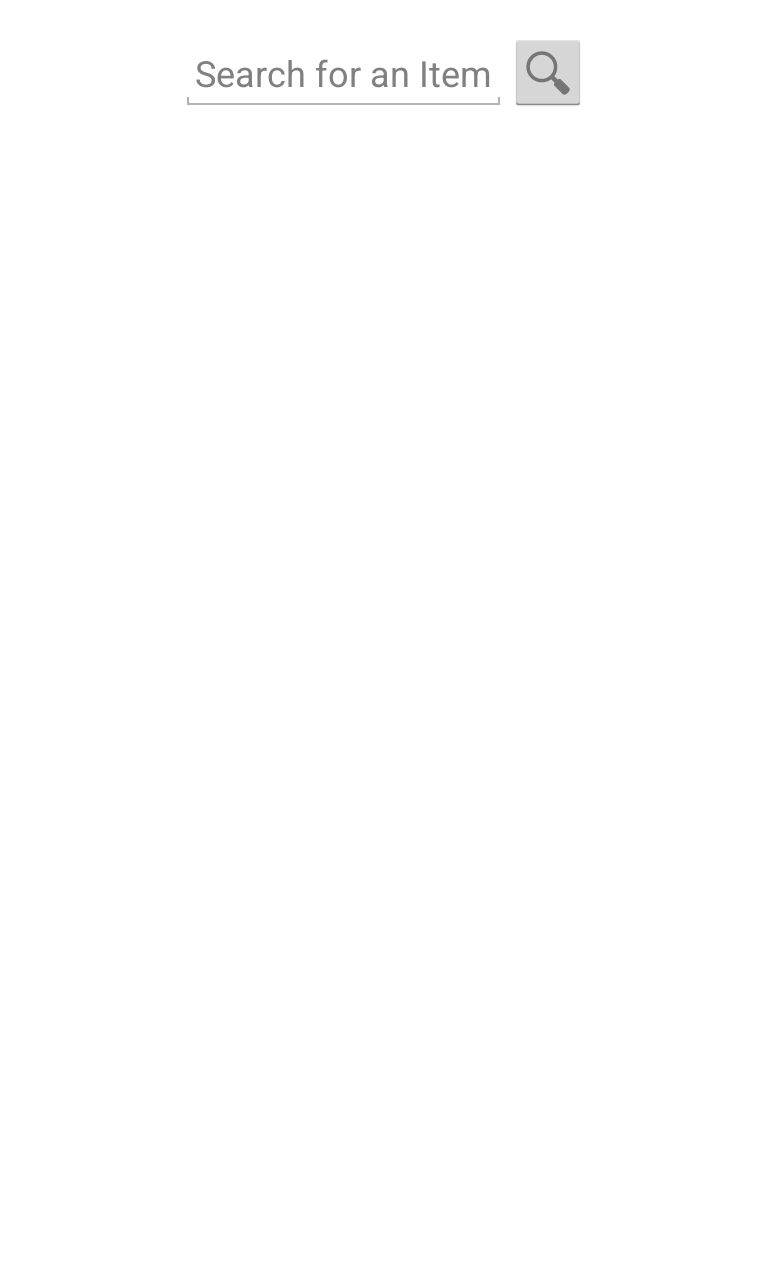
Repository: JieD/nutriy
Layout: NutriY/res/layout/fragment_add.xml
An editor plug-in stored every save of this project. The layout is shown before and after the next save, followed by the edit.
It is drawn on a 768 x 1280 px phone screen (xhdpi) without system bars, with theme AppTheme; the app's code is not run.

Above is the layout before, as saved 2014-05-15 21:35:44.

### NutriY/res/layout/fragment_add.xml
<?xml version="1.0" encoding="utf-8"?>
<LinearLayout xmlns:android="http://schemas.android.com/apk/res/android"
    android:layout_width="match_parent"
    android:layout_height="match_parent"
    android:orientation="vertical" >

    <LinearLayout
        android:layout_width="wrap_content"
        android:layout_height="wrap_content"
        android:layout_marginTop="@dimen/activity_vertical_margin"
        android:layout_marginBottom="@dimen/small_vertical_margin"
        android:layout_gravity="center_horizontal">

        <EditText
            android:id="@+id/search_item"
            android:layout_width="wrap_content"
            android:layout_height="wrap_content"
            android:layout_weight="3"
            android:hint="@string/item_hint"
            android:inputType="textAutoCorrect"
            android:padding="@dimen/medium_padding" />

        <ImageButton
            android:layout_width="40dp"
            android:layout_height="match_parent"
            android:layout_gravity="center"
            android:layout_weight="1"
            android:src="@drawable/ic_action_search" />

    </LinearLayout>

</LinearLayout>

### NutriY/res/values/colors.xml
<?xml version="1.0" encoding="utf-8"?>
<resources>
    <color name="white">#FFFFFFFF</color>
    <color name="my_green">#FF00BE00</color>
    <color name="my_red">#FFFF0000</color>
    <color name="my_blue">#FF0078BE</color>

    <color name="light_blue">#FFE1EEFF</color>
    <color name="low_light_gray">#FFFAFAFA</color>
    <color name="mid_light_gray">#FFEEEEEE</color>
    <color name="text_gray">#FFAAAAAA</color>

    <color name="empty_pie_blue">#FF8FCEFF</color>
    <color name="pie_blue">#FF0078BE</color>
    <color name="pie_red">#FFFF4444</color>
    <color name="pie_green">#FF99CC00</color>

    <color name="list_background">#FFEEEEEE</color>
    <color name="list_background_pressed">#FF0078BE</color>
</resources>

### NutriY/res/values/dimens.xml
<resources>

    <!-- Default screen margins, per the Android Design guidelines. -->
    <dimen name="activity_horizontal_margin">16dp</dimen>
    <dimen name="activity_vertical_margin">16dp</dimen>
    <dimen name="small_horizontal_margin">8dp</dimen>
    <dimen name="small_vertical_margin">8dp</dimen>

    <dimen name="small_padding">5dp</dimen>
    <dimen name="medium_padding">8dp</dimen>
    <dimen name="large_padding">10dp</dimen>
    <dimen name="extra_large_padding">12dp</dimen>
    <dimen name="navigation_item_padding">20dp</dimen>

    <dimen name="extra_small_text_size">10sp</dimen>
    <dimen name="small_text_size">12sp</dimen>
    <dimen name="medium_text_size">15sp</dimen>
    <dimen name="medium_large_text_size">18sp</dimen>
    <dimen name="large_text_size">20sp</dimen>
    <dimen name="extra_large_text_size">40sp</dimen>

    <dimen name="large_entry_height">50dp</dimen>
    <dimen name="medium_large_entry_height">35dp</dimen>
    <dimen name="medium_entry_height">30dp</dimen>
    <dimen name="small_entry_height">25dp</dimen>
    <dimen name="table_entry_height">20dp</dimen>

</resources>

### NutriY/res/values/strings.xml
<?xml version="1.0" encoding="utf-8"?>
<resources>

    <string name="app_name">NutriY</string>
    <string name="action_settings">Settings</string>

    <string name="date">Today</string>
    <string name="calories_remaining_number">1200</string>
    <string name="calories_remaining">CALORIES REMAINING</string>
    <string name="add_to_diary">Add to Diary</string>
    <string name="goal_calorie_number">1200</string>
    <string name="food_calorie_number">+ 0</string>
    <string name="exercise_calorie_number">- 0</string>
    <string name="net_calorie_number">0</string>
    <string name="uc_goal">GOAL</string>
    <string name="uc_food">FOOD</string>
    <string name="uc_exercise">EXERCISE</string>
    <string name="uc_net">NET</string>
    <string name="goal">Goal</string>
    <string name="total">Total</string>
    <string name="left">Left</string>
    <string name="daily_summary">DAILY SUMMARY</string>
    <string name="total_fat">Total Fat (g)</string>
    <string name="saturated_fat">Saturated (g)</string>
    <string name="trans_fat">Trans (g)</string>
    <string name="cholesterol">Cholesterol (mg)</string>
    <string name="sodium">Sodium (mg)</string>
    <string name="potassium">Potassium (mg)</string>
    <string name="total_carbs">Total Carbs (g)</string>
    <string name="fiber">Dietary Fiber (g)</string>
    <string name="sugar">Sugars (g)</string>
    <string name="protein">Protein (g)</string>
    <string name="vit_A">Vitamin A</string>
    <string name="vit_C">Vitamin C</string>
    <string name="calcium">Calcium</string>
    <string name="iron">Iron</string>
    <string name="default_number">0</string>

    <string name="meals">MEALS</string>
    <string name="water_upcase">WATER</string>
    <string name="notes">NOTES</string>
    <string name="breakfast">Breakfast</string>
    <string name="lunch">Lunch</string>
    <string name="dinner">Dinner</string>
    <string name="snacks">Snacks</string>
    <string name="cardiovascular">Cardiovascular</string>
    <string name="strength">Strength</string>
    <string name="water">Water</string>
    <string name="food_notes">Food Notes</string>
    <string name="exercise_notes">Exercise Notes</string>

    <!-- Add Entry List Headers -->
    <string-array name="add_entry_list_header_array">
        <item>MEALS</item>
        <item>EXERCISE</item>
        <item>WATER</item>
        <item>NOTES</item>
    </string-array>

    <!-- Add Entry List Meal Items -->
    <string-array name="meal_child_array">
        <item>Breakfast</item>
	    <item>Lunch</item>
	    <item>Dinner</item>
	    <item>Snacks</item>
    </string-array>

    <!-- Add Entry List Exercise Items -->
    <string-array name="exercise_child_array">
        <item>Cardiovascular</item>
	    <item>Strength</item>
    </string-array>

    <!-- Add Entry List Water Items -->
    <string-array name="water_child_array">
        <item>Water</item>
    </string-array>

    <!-- Add Entry List Note Items -->
    <string-array name="note_child_array">
        <item>Food Notes</item>
	    <item>Exercise Notes</item>
    </string-array>

    <!-- Nav Drawer Menu Items -->
    <string-array name="navigations_array">
        <item>Home</item>
        <item>Diary</item>
        <item>Nutrition</item>
        <item>Progress</item>
        <item>Goals</item>
        <item>Settings</item>
    </string-array>

    <!-- Nav Drawer List Item Icons -->
    <!-- Keep them in order as the titles are -->
    <array name="nav_drawer_icons">
        <item>@drawable/ic_menu_home</item>
        <item>@drawable/ic_action_collection</item>
        <item>@drawable/ic_action_data_usage</item>
        <item>@drawable/ic_action_picture</item>
        <item>@drawable/ic_action_good</item>
        <item>@drawable/ic_action_settings</item>
    </array>

    <!-- Content Description -->
    <string name="desc_list_item_icon">Item Icon</string>

    <string name="drawer_open">Slider Menu Opened</string>
    <string name="drawer_close">Slider Menu Closed</string>

    <string name="calorie_breakdown">CALORIE BREAKDOWN</string>
    <string name="Carbohydrates">Carbohydrates</string>
    <string name="Fat">Fat</string>
    <string name="Protein">Protein</string>
    <string name="carbs_goal">50 %</string>
    <string name="fat_goal">30 %</string>
    <string name="protein_goal">20 %</string>

	<string name="item_hint">Search for an Item</string>
</resources>

Loaded but not shown: NutriY/res/values/styles.xml (common file); NutriY/res/values-v11/styles.xml (common file); NutriY/res/values-v14/styles.xml (common file)

After the next save:
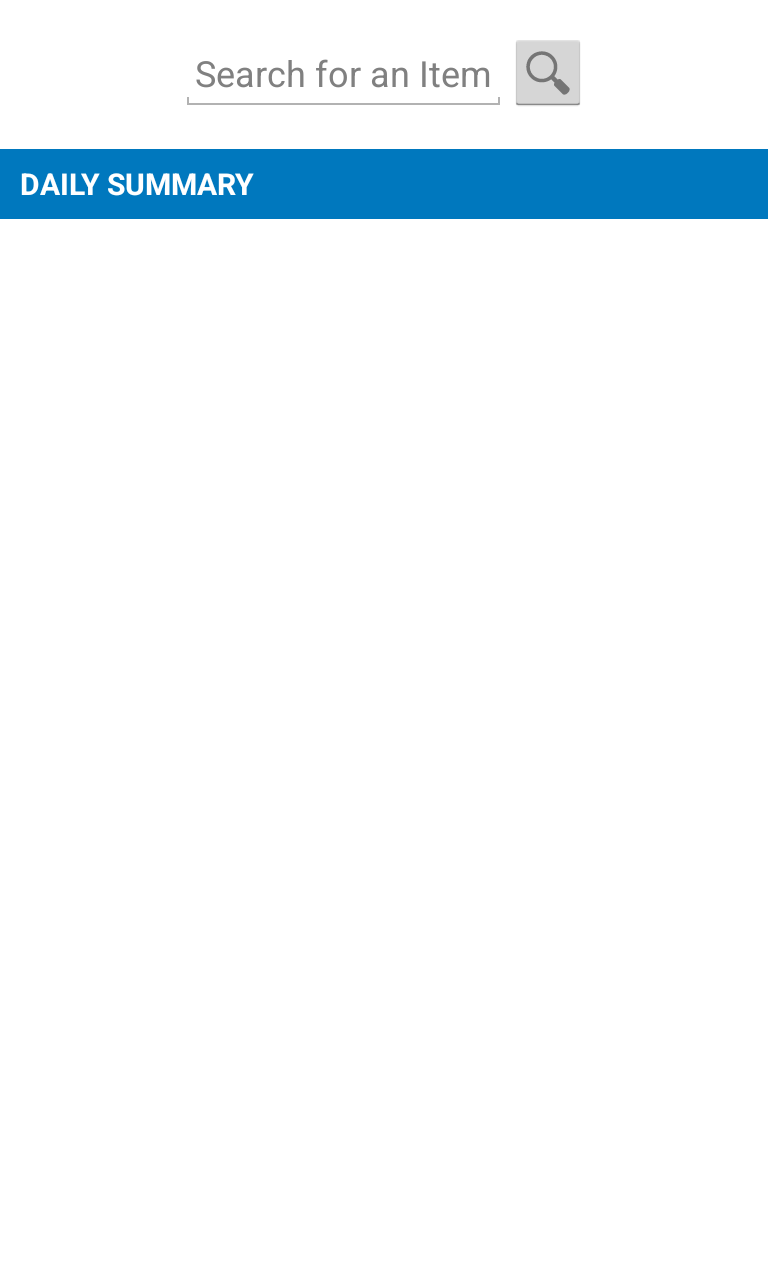
Saved 93 s later.
--- a/NutriY/res/layout/fragment_add.xml
+++ b/NutriY/res/layout/fragment_add.xml
@@ -29,4 +29,13 @@
 
     </LinearLayout>
 
+    <TextView
+        android:id="@+id/summary" android:text="@string/daily_summary"
+        android:textStyle="bold" android:textSize="@dimen/medium_text_size"
+        android:textColor="@color/white" android:gravity="center_vertical"
+        android:layout_width="match_parent" android:layout_height="@dimen/medium_large_entry_height"
+        android:layout_below="@id/calorie_break_down"
+        android:layout_marginTop="10dp" android:background="@color/my_blue"
+        android:paddingLeft="@dimen/large_padding" />
+
 </LinearLayout>
